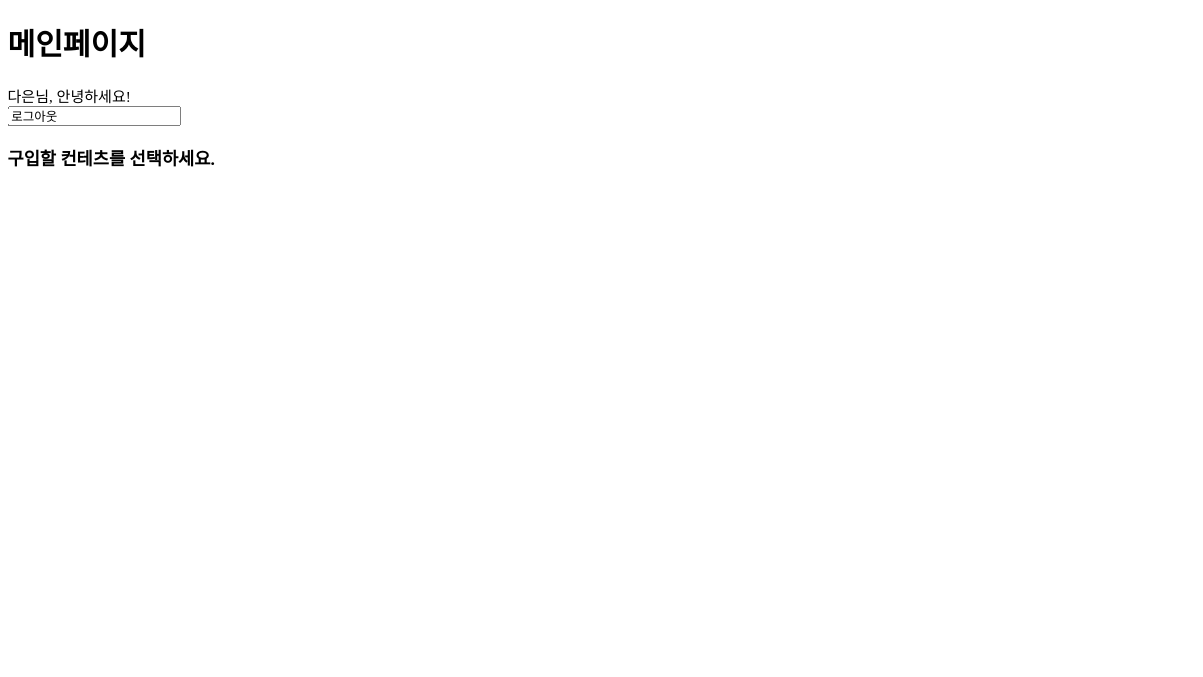
Repository: euniiee/test11
Page: http://localhost/Project/main.jsp
An editor plug-in stored every save of this project. The page is shown before and after the next save, followed by the edit.
The browser window is 1280 px wide. The pictures show the whole page, at 94% of full size.
The page is served by Tomcat 9. Other server files are loaded and not shown.

Above is the page before, as saved 2023-02-01 02:15:57.

### Project/WebContent/main.jsp
<%@ page language="java" contentType="text/html; charset=UTF-8"
    pageEncoding="UTF-8"%>
<!DOCTYPE html>
<html>
<head>
<meta charset="UTF-8">
<title>Insert title here</title>
</head>
<body>
<div>
	<div>
		<h1>메인페이지</h1>
		<div>
			<div>다은님, 안녕하세요!</div>
			<input value="로그아웃">
		</div>
	</div>
	<h3>구입할 컨테츠를 선택하세요.</h3>

</div>
</body>
</html>

After the next save:
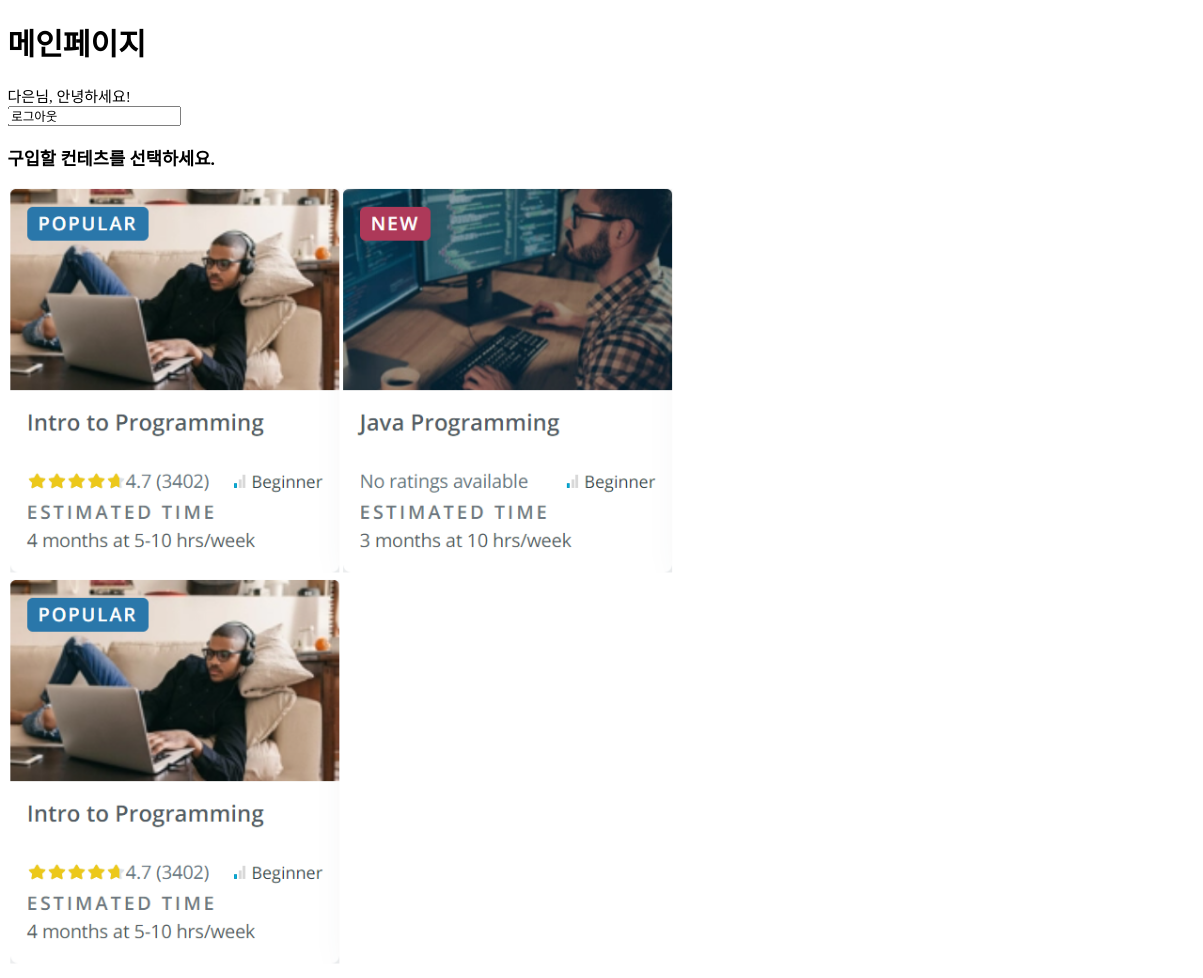
Saved 93 s later.
--- a/Project/WebContent/main.jsp
+++ b/Project/WebContent/main.jsp
@@ -16,7 +16,18 @@
 		</div>
 	</div>
 	<h3>구입할 컨테츠를 선택하세요.</h3>
-
+	<table>
+		<tr>
+			<td><img src="Intro_350_408.png"></td>
+			<td><img src="Java_350_408.png"></td>
+			<td></td>
+		</tr>
+		<tr>
+			<td><img src="Intro_350_408.png"></td>
+			<td></td>
+			<td></td>
+		</tr>
+	</table>
 </div>
 </body>
 </html>
